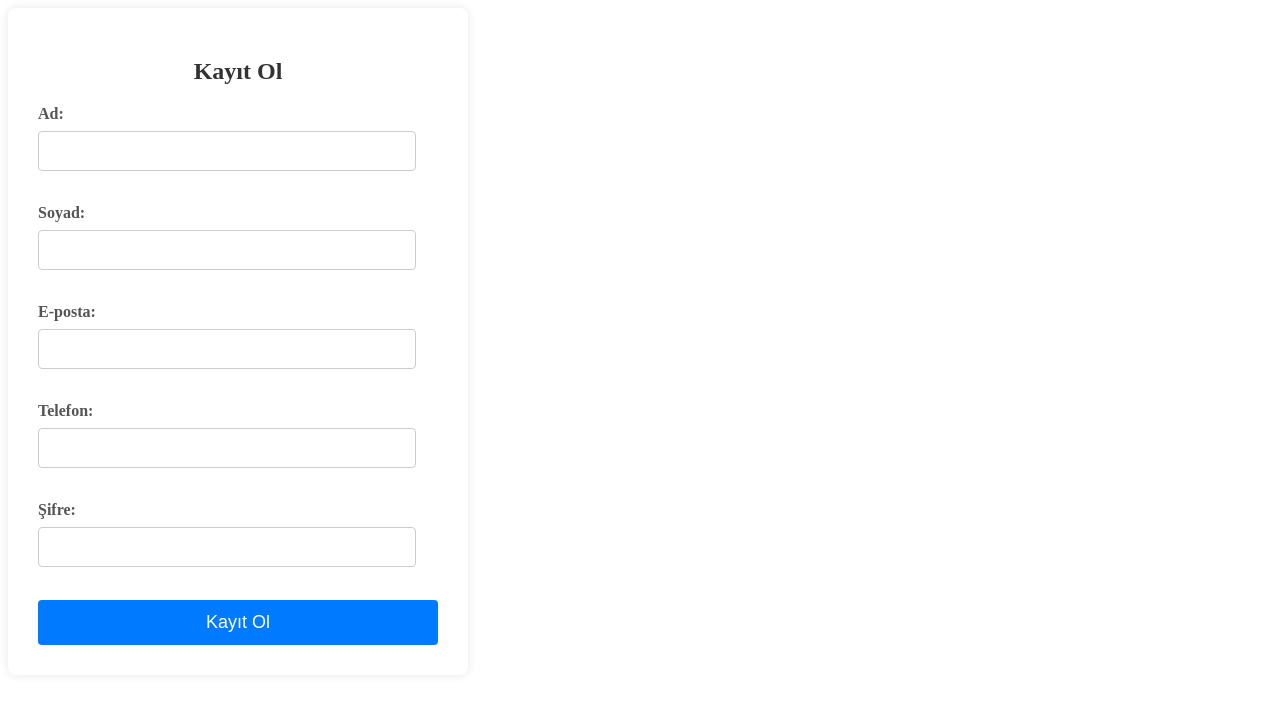
Repository: SelmanEminKulfal/CarBookManagementSystemUsingJava
Page: http://localhost/sellandrent/register.jsp
The author's editor kept a copy of each file at every save. The page is drawn from the files as they stood at one save, then again after the next save.
The browser window is 1280 px wide. The pictures show the whole page.
The page is served by Tomcat 10. Other server files are loaded and not shown.

Above is the page before, as saved 2025-04-12 11:36:55.

### sellandrent/src/main/webapp/register.jsp
<%@ page language="java" contentType="text/html; charset=UTF-8" pageEncoding="UTF-8" %>
<!DOCTYPE html>
<html>
<head>
<meta charset="UTF-8">
<title>Register</title>
<style type="text/css">
.body {
	background-color: black;
	width: 100%;
	height: 100%;
}
.kayit-formu {
    background-color: #fff;
    padding: 30px;
    border-radius: 8px;
    box-shadow: 0 0 10px rgba(0, 0, 0, 0.1);
    width: 400px;
    max-width: 90%;
}

.kayit-formu h2 {
    text-align: center;
    margin-bottom: 20px;
    color: #333;
}

.kayit-formu label {
    display: block;
    margin-bottom: 8px;
    color: #555;
    font-weight: bold;
}

.kayit-formu input[type="text"],
.kayit-formu input[type="email"],
.kayit-formu input[type="tel"],
.kayit-formu input[type="password"] {
    width: calc(100% - 22px); /* İç padding ve border için pay bırak */
    padding: 10px;
    margin-bottom: 15px;
    border: 1px solid #ccc;
    border-radius: 4px;
    box-sizing: border-box; /* Padding ve border'ın genişliğe dahil olmasını sağlar */
    font-size: 16px;
}

.kayit-formu button[type="submit"] {
    background-color: #007bff;
    color: white;
    padding: 12px 20px;
    border: none;
    border-radius: 4px;
    cursor: pointer;
    font-size: 18px;
    width: 100%;
    transition: background-color 0.3s ease;
}

.kayit-formu button[type="submit"]:hover {
    background-color: #0056b3;
}

.kayit-formu .hata-mesaji {
    color: red;
    margin-top: 10px;
    text-align: center;
}
</style>
</head>
<body>
	<div class="kayit-formu">
        <h2>Kayıt Ol</h2>
        <form action="register" method="post">
            <label for="ad">Ad:</label>
            <input type="text" id="ad" name="ad" required><br><br>

            <label for="soyad">Soyad:</label>
            <input type="text" id="soyad" name="soyad" required><br><br>

            <label for="email">E-posta:</label>
            <input type="email" id="email" name="email" required><br><br>

            <label for="telefon">Telefon:</label>
            <input type="tel" id="telefon" name="telefon" required><br><br>

            <label for="sifre">Şifre:</label>
            <input type="password" id="sifre" name="sifre" required><br><br>

            <button type="submit">Kayıt Ol</button>
        </form>
    </div>
</body>
</html>

After the next save:
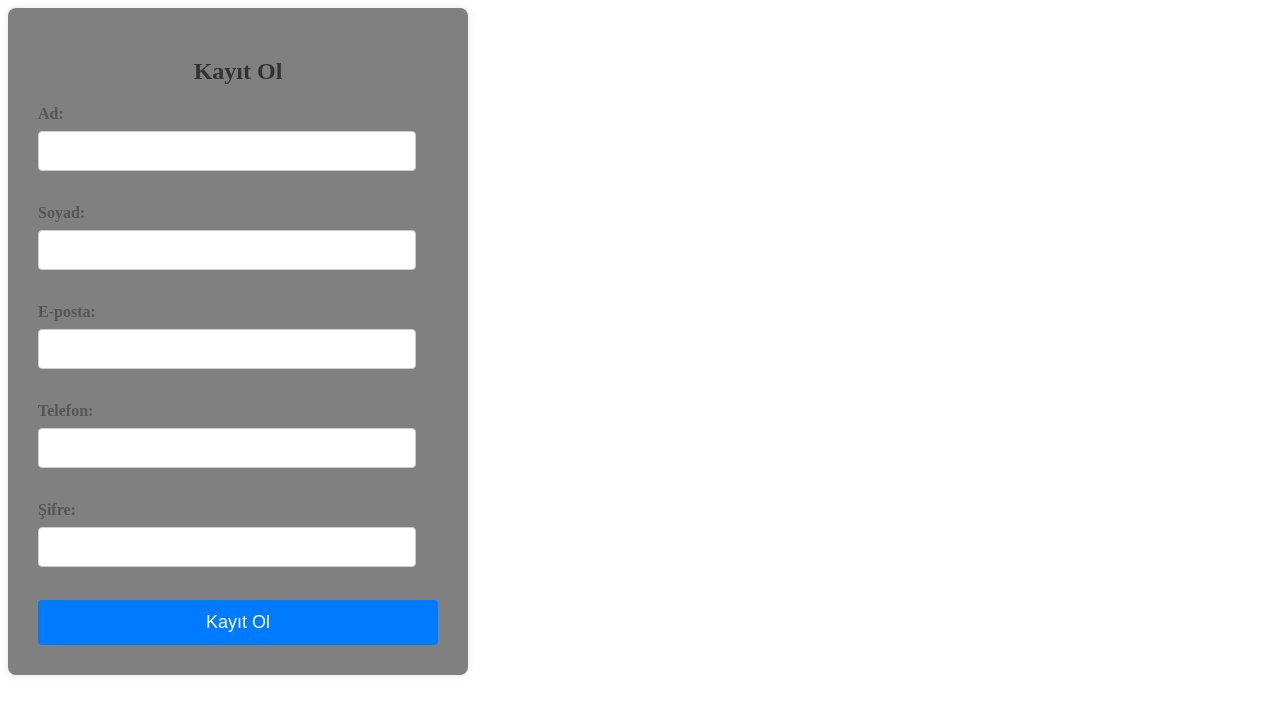
Saved 14 s later.
--- a/sellandrent/src/main/webapp/register.jsp
+++ b/sellandrent/src/main/webapp/register.jsp
@@ -11,7 +11,7 @@
 	height: 100%;
 }
 .kayit-formu {
-    background-color: #fff;
+    background-color: gray;
     padding: 30px;
     border-radius: 8px;
     box-shadow: 0 0 10px rgba(0, 0, 0, 0.1);
